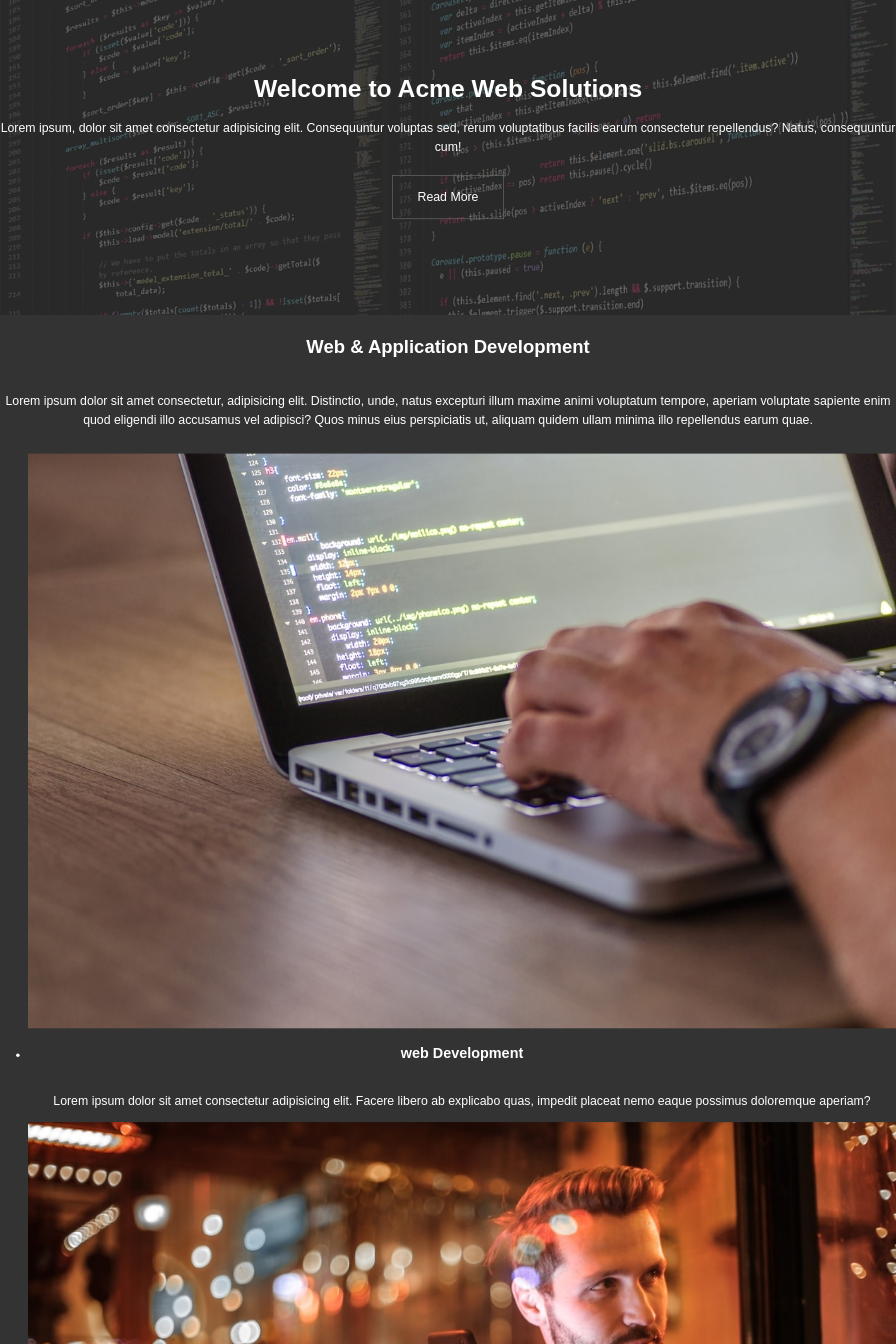
Repository: ErikBaer/MobileFirst
Page: index.html
The author's editor kept a copy of each file at every save. The page is drawn from the files as they stood at one save, then again after the next save.
The browser window is 1280 px wide. The pictures show the part of the page from y = 0 to 1920 px (the page is 4144 px tall), at 70% of full size.

Above is the page before, as saved 2020-02-15 03:02:29.

After the next save:
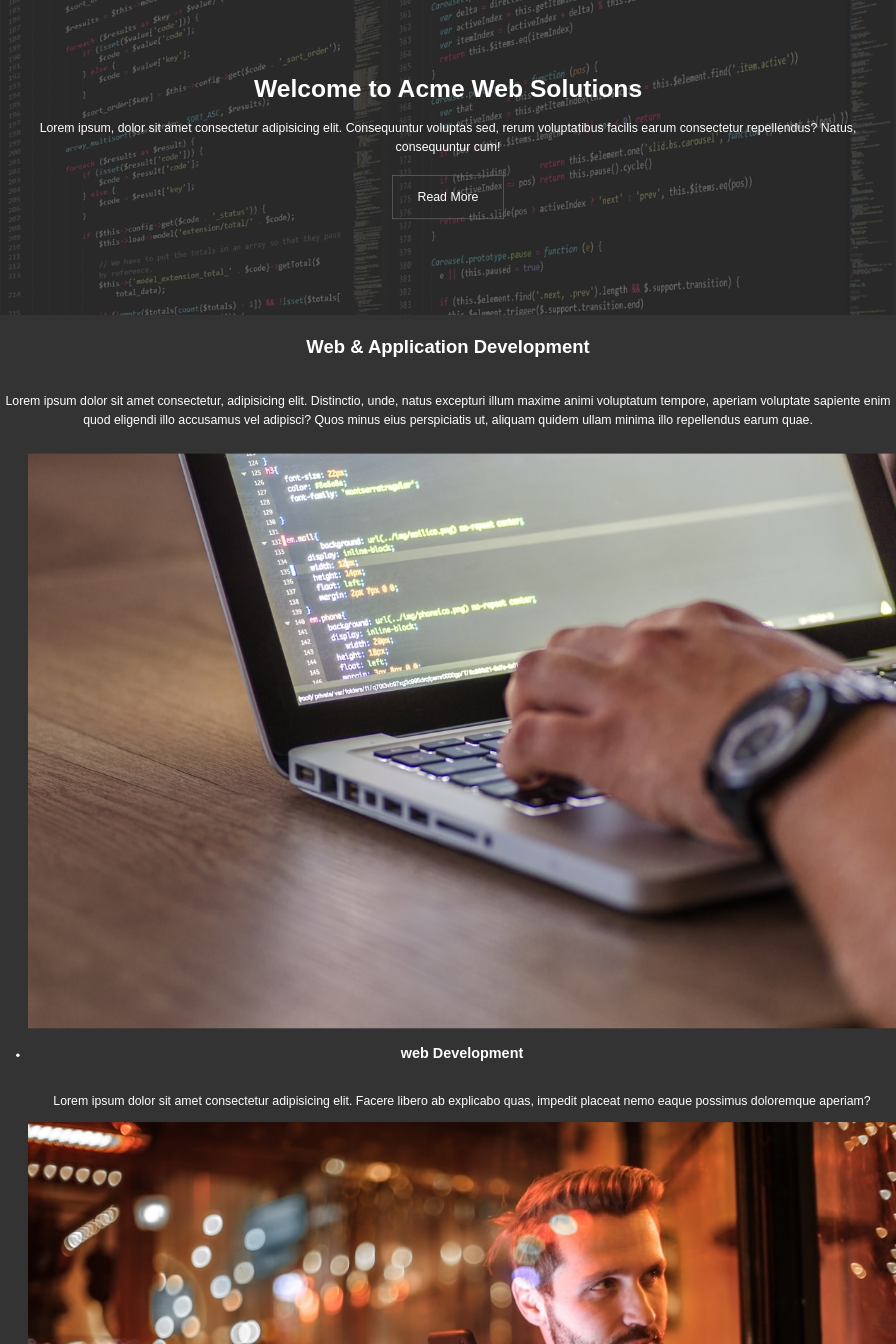
Saved 11 s later.
--- a/style.css
+++ b/style.css
@@ -64,6 +64,6 @@ p {
     padding-bottom: 0;
 }
 
-.showcase .content-wrap {
+#showcase .content-wrap {
     padding: 0 1.5em;
 }
